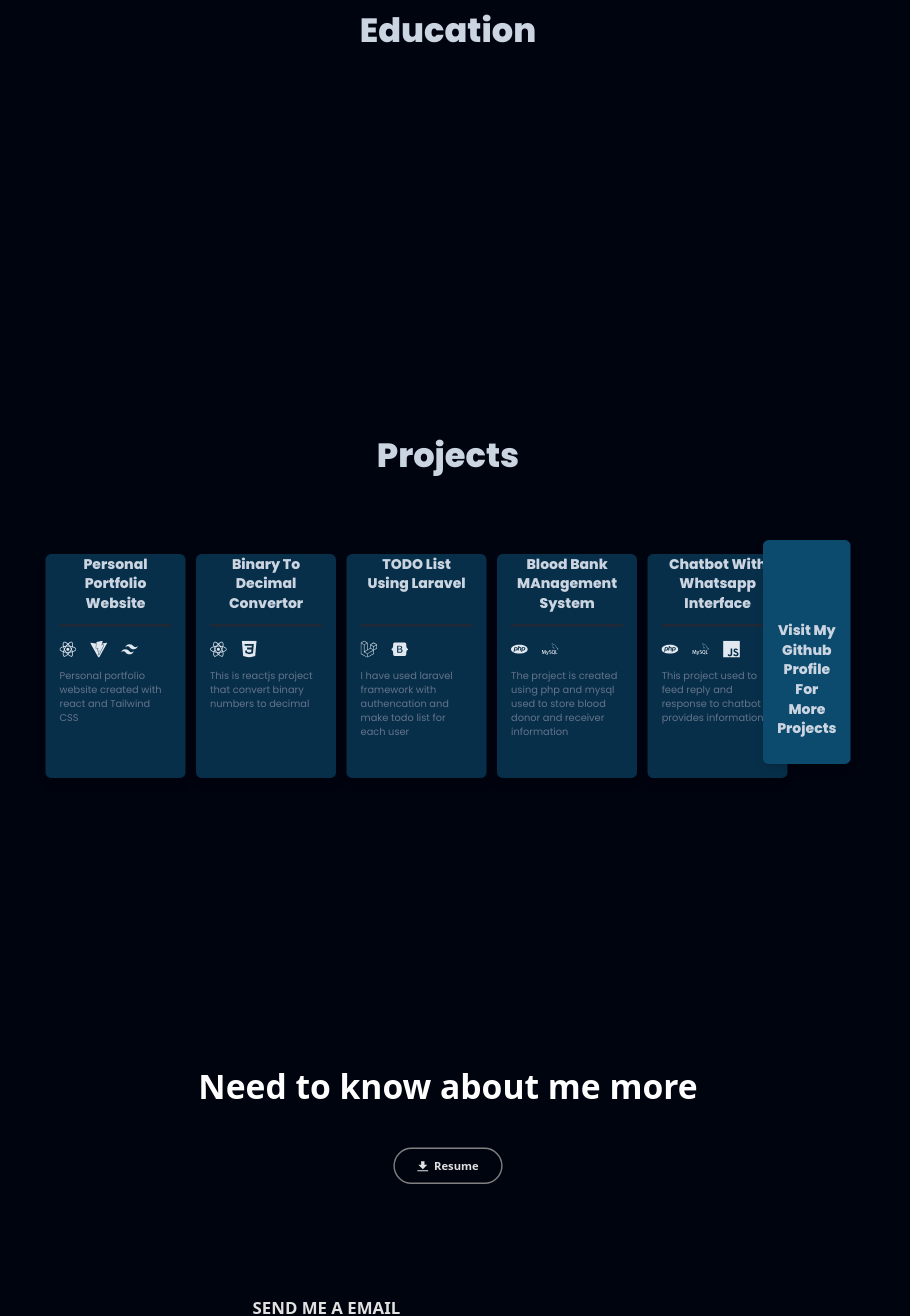
Repository: sibi24sibi/MyPersonalPortfolio
Page: /
The author's editor kept a copy of each file at every save. The page is drawn from the files as they stood at one save, then again after the next save.
The browser window is 1280 px wide. The page is 1300 px wide, so the pictures cover 1300 px, including what lies to the right of the window. The pictures show the part of the page from y = 1209 to 3089 px (the page is 3494 px tall), at 70% of full size.
The project was rebuilt for these pictures with package versions that can differ from the ones it lists, and the page was loaded fresh each time. Also part of the build but not shown: vite.config.js, src/components/Menu.jsx, src/components/Footer.jsx.

Above is the page before, as saved 2024-05-03 20:19:08.

After the next save:
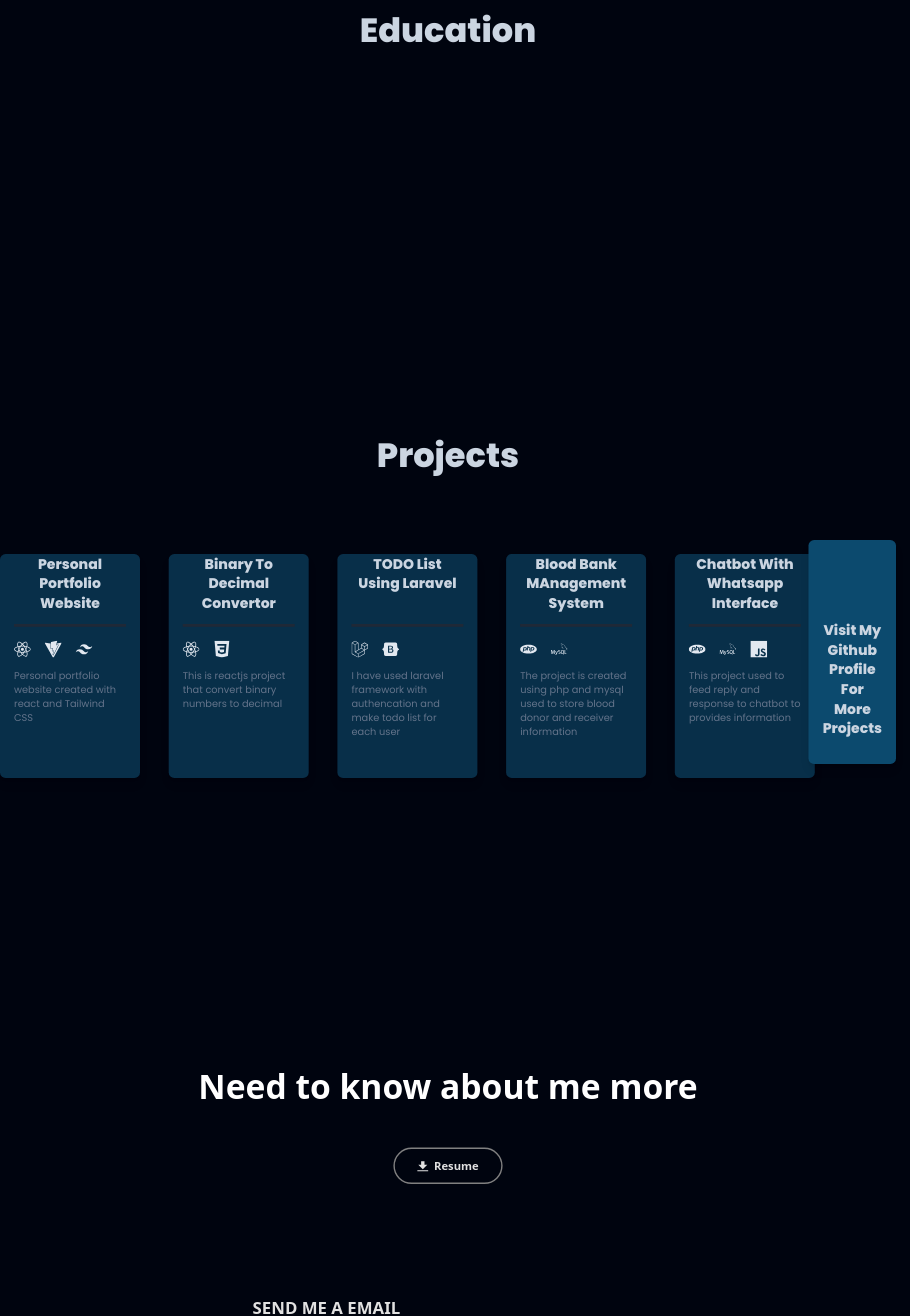
Saved 50 s later.
--- a/src/components/Project_prop.jsx
+++ b/src/components/Project_prop.jsx
@@ -8,7 +8,7 @@ const Project_prop = (props) => {
     <>
 
 
-    <div className="container">
+    <div className="proj-area h-fit w-screen">
       <div className="card bg-blue-100 dark:bg-sky-950 rounded-lg shadow-lg aspect-w-16 aspect-h-9 ">
         <h3
         className="title capitalize font-bold h-20 text-slate-800 dark:text-slate-300 text-xl max-sm:text-lg m-5 text-center"
